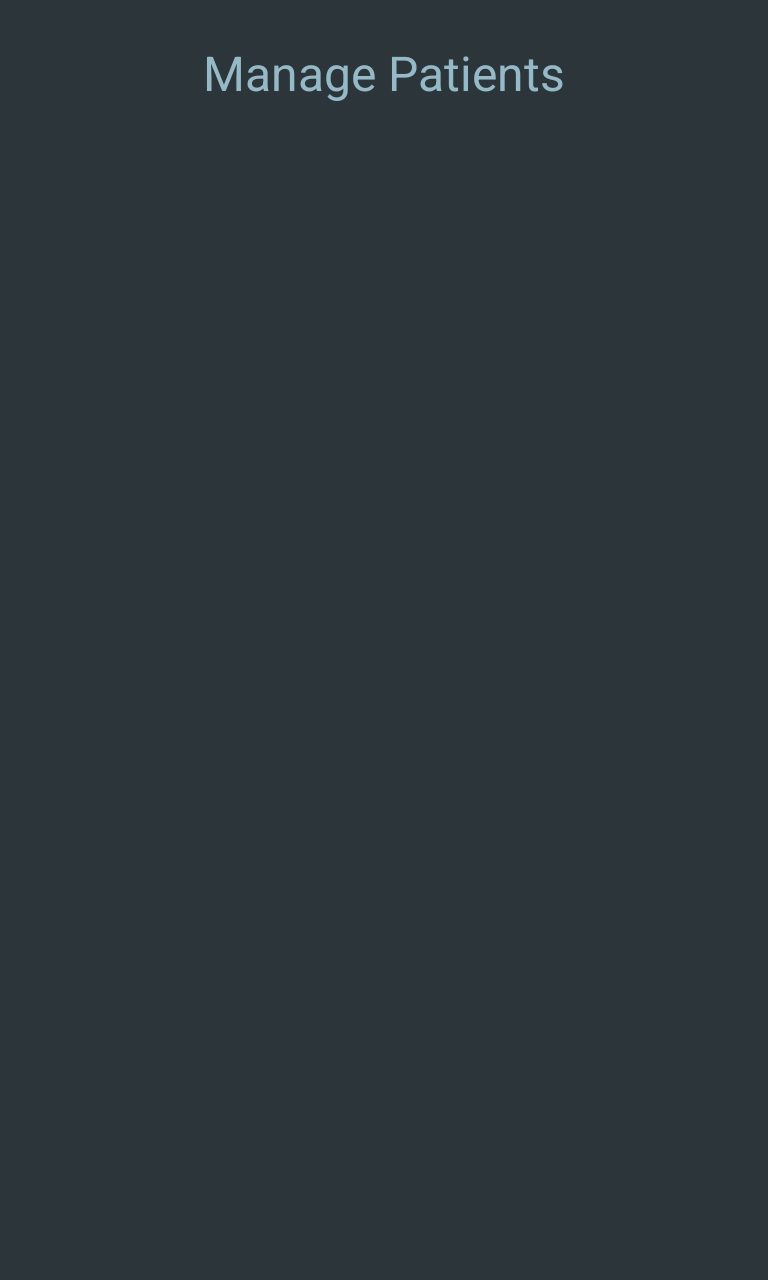
Repository: davidwiggy/MyWeek
Layout: MyWeek/res/layout/manage_clients.xml
An editor plug-in stored every save of this project. The layout is shown before and after the next save, followed by the edit.
It is drawn on a 768 x 1280 px phone screen (xhdpi) without system bars, with theme AppTheme; the app's code is not run. Lists and similar views that code fills are empty.

Above is the layout before, as saved 2013-10-28 20:17:30.

After the next save:
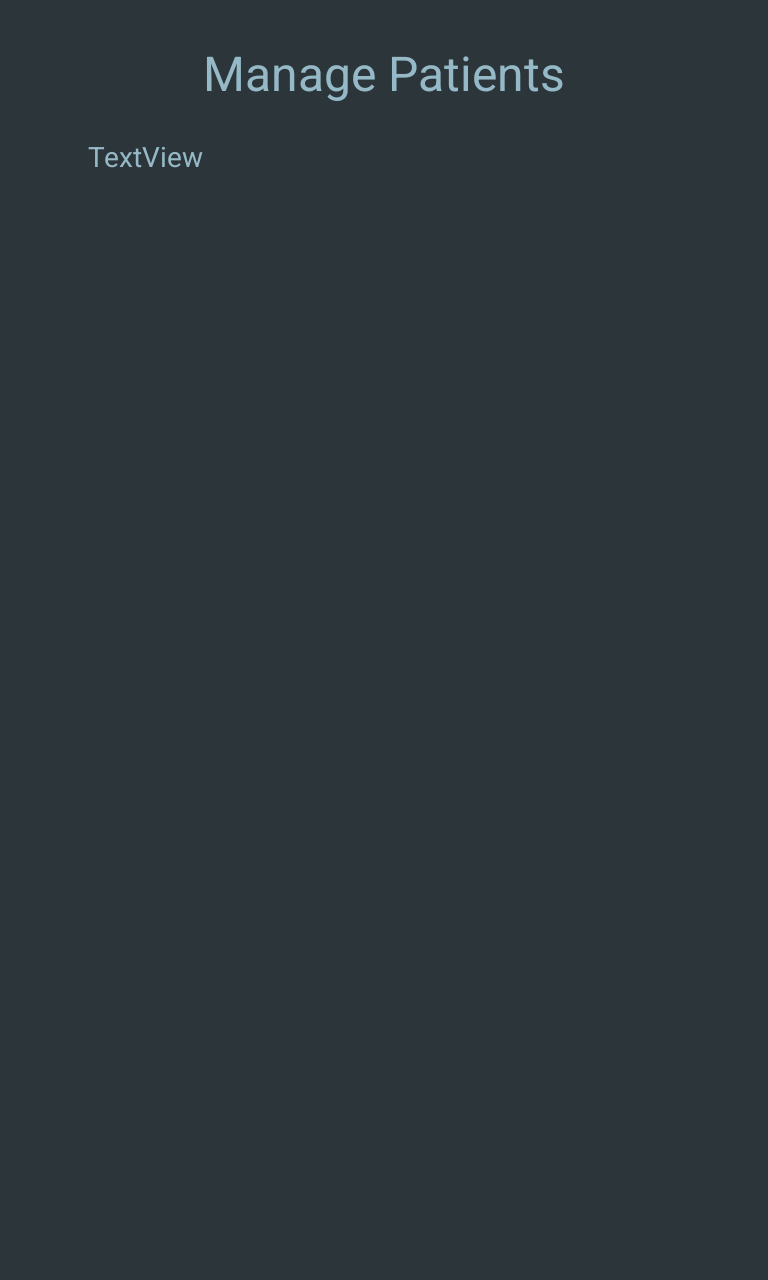
Saved 31 min 58 s later.
--- a/MyWeek/res/layout/manage_clients.xml
+++ b/MyWeek/res/layout/manage_clients.xml
@@ -15,7 +15,24 @@
             android:textSize="24sp"
 	        android:text="Manage Patients" />
 
+       <TextView
+           android:id="@+id/textView1"
+           android:layout_width="wrap_content"
+           android:layout_height="wrap_content"
+           android:layout_below="@+id/manageClientsTitle"
+           android:layout_marginTop="16dp"
+           android:layout_toLeftOf="@+id/manageClientsTitle"
+           android:textColor="@color/BabyBlue"
+           android:text="TextView" />
 
-
+       <ListView
+           android:id="@+id/listView1"
+           android:layout_width="match_parent"
+           android:layout_height="wrap_content"
+           android:layout_alignLeft="@+id/textView1"
+           android:layout_below="@+id/textView1"
+           android:layout_marginLeft="17dp"
+           android:layout_marginTop="23dp" >
+       </ListView>
 
 </RelativeLayout>
